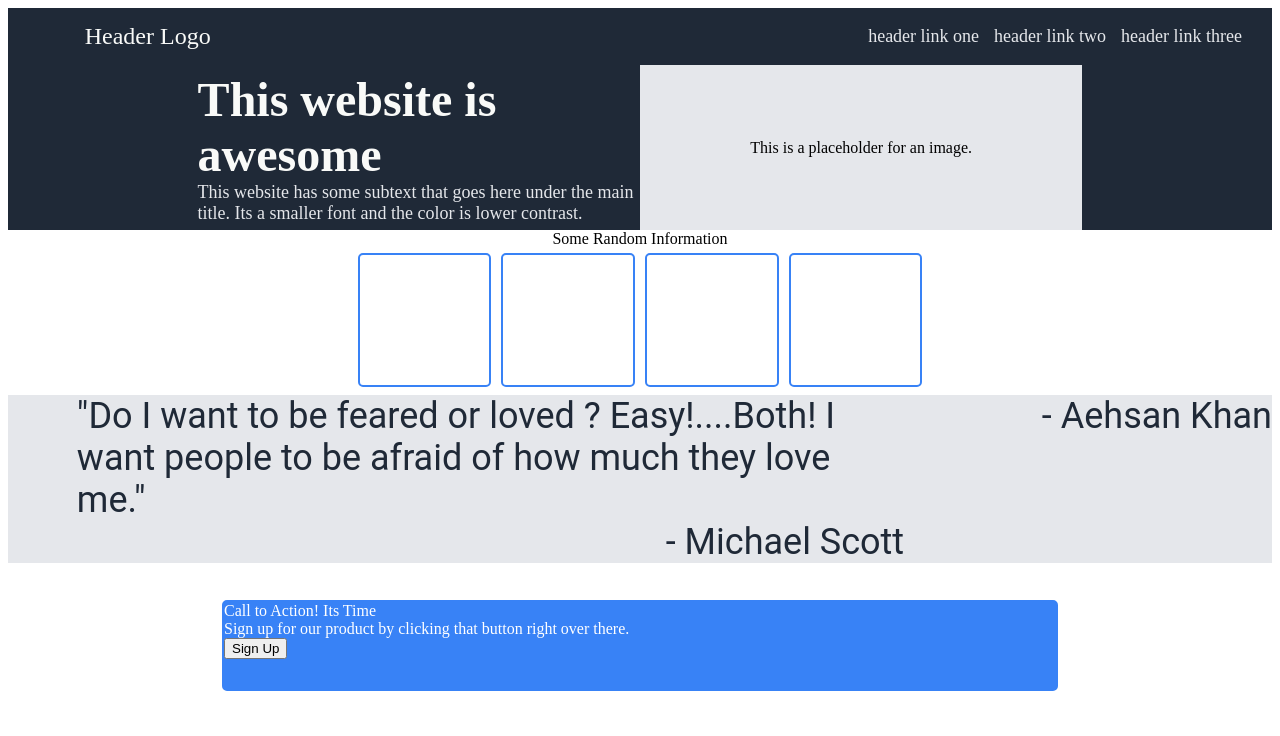
Repository: Aehsan4004/odinlandpage
Page: index.html
The author's editor kept a copy of each file at every save. The page is drawn from the files as they stood at one save, then again after the next save.
The browser window is 1280 px wide. The pictures show the whole page.

Above is the page before, as saved 2025-02-11 08:14:09.

### index.html
<!DOCTYPE html>
<html lang="en">
<head>
    <meta charset="UTF-8">
    <meta name="viewport" content="width=device-width, initial-scale=1.0">
    <title>Odin Project Landing Page</title>
    <link rel="stylesheet" href="styles.css">
</head>
<body>
    <div class="one">
        <div class="logo">
            Header Logo
        </div>
        <div class="head-links">
            <ul>
                <li>header link one</li>
                <li>header link two</li>
                <li>header link three</li>
            </ul>
        </div>
    </div>

    <div class="two">
        <div class="left-box">
            <div class="title">
                This website is awesome
            </div>

            <div class="content">
                This website has some subtext that goes here under the main title. Its a smaller font and the color is lower contrast.
            </div>

        </div>
        <div class="right-box">
            This is a placeholder for an image.
        </div>

    </div>

    <div class="three">
        <div class="opt-head">
            Some Random Information
        </div>
        <div class="menu-box">
            <div class="box" id="1"></div>
            <div class="box" id="2"></div>
            <div class="box" id="3"></div>
            <div class="box" id="4"></div>
        </div>

    </div>

    <div class="four">
        <div class="quote">
            "Do I want to be feared or loved ?
             Easy!....Both!
             I want people to be afraid of how much they love me."
        </div>
        <div class="quoter"> - Michael Scott</div>
        <div class="requoter"> - Aehsan Khan</div>
    </div>

    <div class="five">
        <div class="foot-box">
            <div class="call2act">
                <div class="main"> Call to Action! Its Time</div>
                <div class="supp">Sign up for our product by clicking that button right over there.</div>
            </div>
            <button class="signup-btn">Sign Up</button>
        </div>
    </div>
</body>
</html>

### styles.css
body {
    display: flex;
    flex-direction: column;
    /* flex: 1 1 100%; */
    /* min-height: 100%; */
    /* align-items: center; */
    justify-content: center;
    height: 100vh;
}

.one {
    display: flex;
    justify-content: space-between;
    align-items: center;
    background-color: #1f2937;
    padding: 15px;
    height: 4vh;
}

.logo {
    font-size: 24px;
    color: #f9faf8;
    margin-left: 5%;
}

.head-links {
    color: #e5e7eb;
    font-size: 18px;
    /* margin: 15px; */
    margin-right: 15px;
}

ul {
    list-style: none;  /* Removes bullet points */
    padding: 0;
    margin: 0;
    display: flex;  /* Makes list items appear in a row */
    gap: 15px;  /* Adds spacing between items */
}

.two {
    display: flex;
    background-color: #1f2937;
    justify-content: center;
    /* margin-top: 20px; */
    height: 24vh;
}

.left-box {
    display: flex;
    flex-direction: column;
    justify-content: center;
    align-items: flex-start;
    /* flex: 1 1 40%; */
    width: 35%;
    flex-wrap: wrap;
}

.title {
    font-weight: 900;
    color: #f9faf8;
    font-size: 48px;
    width: 80%;
}

.content {
    font-size: 18px;
    color: #e5e7eb;
    /* width: 80%; */
}

.right-box {
    display: flex;
    /* flex: 1 1 40%; */
    width: 35%;
    background-color: #e5e7eb;
    flex-wrap: wrap;
    justify-content: center;
    align-items: center;
}

.three {
    height: 24vh;
    display: flex;
    flex-direction: column;
    align-items: center;
}

.menu-box {
    display: flex;
    align-items: center;
    justify-content: center;

}

.box {
    border: 2px solid #3882f6;
    height: 18vh;
    width: 18vh;
    border-radius: 5px;
    /* border-color: #3882f6; */
    margin: 5px;
}

.four {
    height: 24vh;
    display: flex;
    flex-flow: column wrap;
    align-items: center;
    background-color: #e5e7eb;
    color: #1f2937;
    font-size: 36px;
    font-family: 'roboto', sans-serif;
    font-style: 'light-italic';
}

.quote {
    width: 60%;
}

.quoter, .requoter {
    align-self: flex-end;
}

.five {
    height: 24vh;
    display: flex;
    align-items: center;
    justify-content: center;
}

.foot-box {
    background-color: #3882f6;
    color: white;
    height: 12vh;
    width: 65vw;
    border: 2px solid #3882f6;
    border-radius: 5px;
    flex-flow: column-wrap;
}

After the next save:
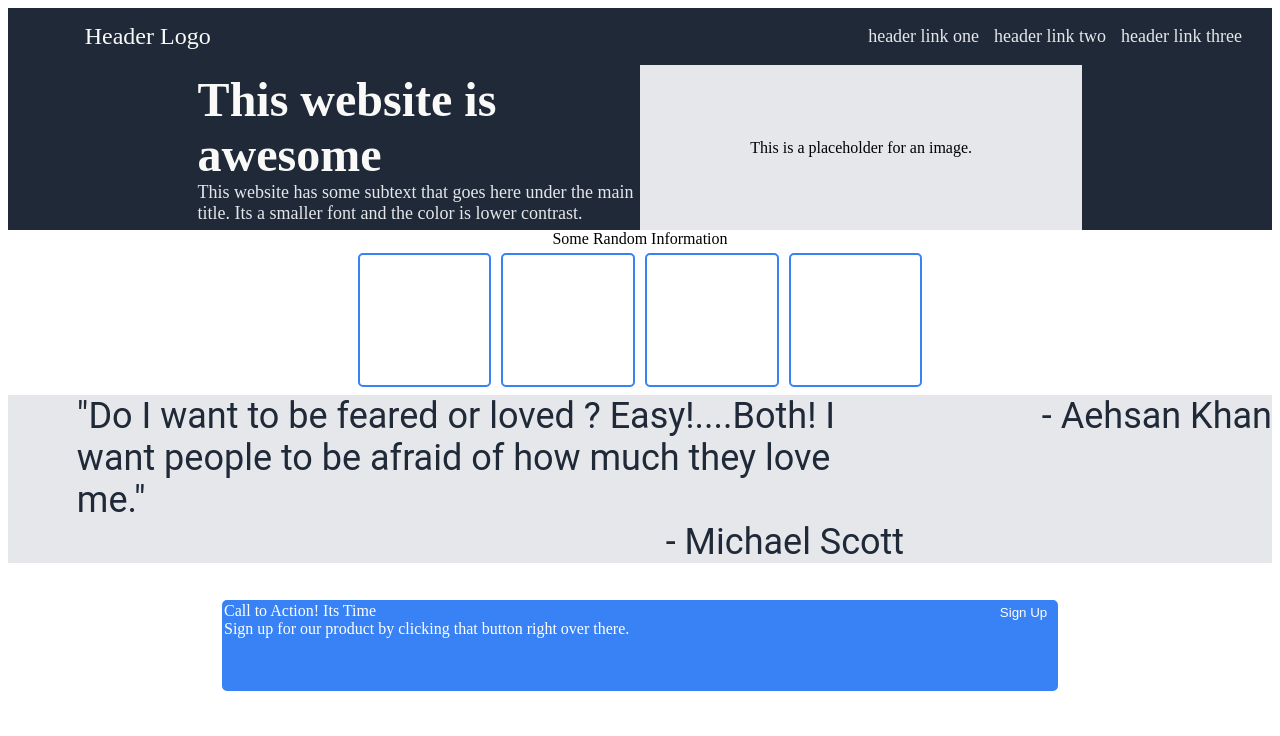
Saved 6 min 57 s later.
--- a/styles.css
+++ b/styles.css
@@ -136,5 +136,17 @@ ul {
     width: 65vw;
     border: 2px solid #3882f6;
     border-radius: 5px;
+    display:flex;
     flex-flow: column-wrap;
+    justify-content: space-between;
 }
+
+.signup-btn {
+    background-color: #3882f6;
+    color: white;
+    height: 20px;
+    width: 65px;
+    border: 2px solid #3882f6;
+    border-radius: 5px;
+
+}
